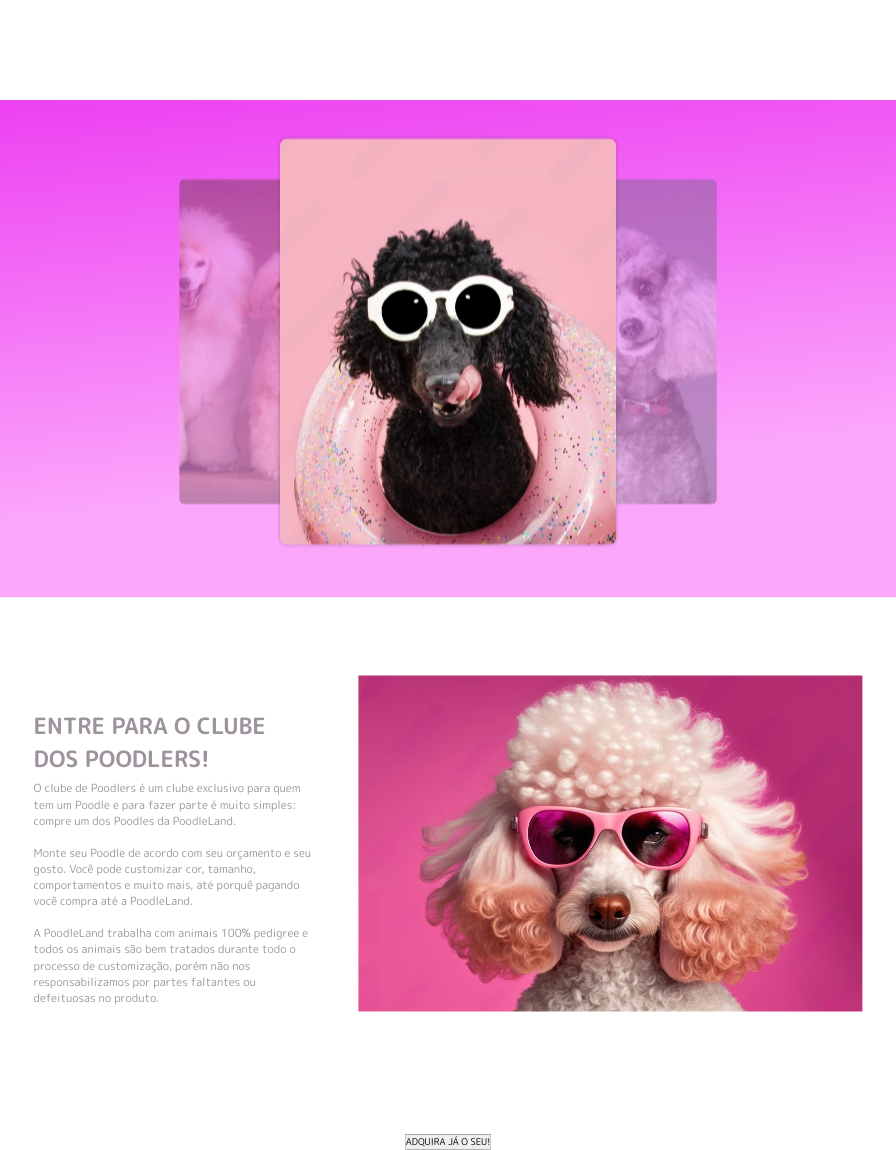
Repository: vinibalt/PoodleLand
Page: poddlelandia.html
An editor plug-in stored every save of this project. The page is shown before and after the next save, followed by the edit.
The browser window is 1280 px wide. The pictures show the part of the page from y = 770 to 2690 px (the page is 2413 px tall before and 2690 px after), at 70% of full size.

Above is the page before, as saved 2023-05-12 22:15:11.

After the next save:
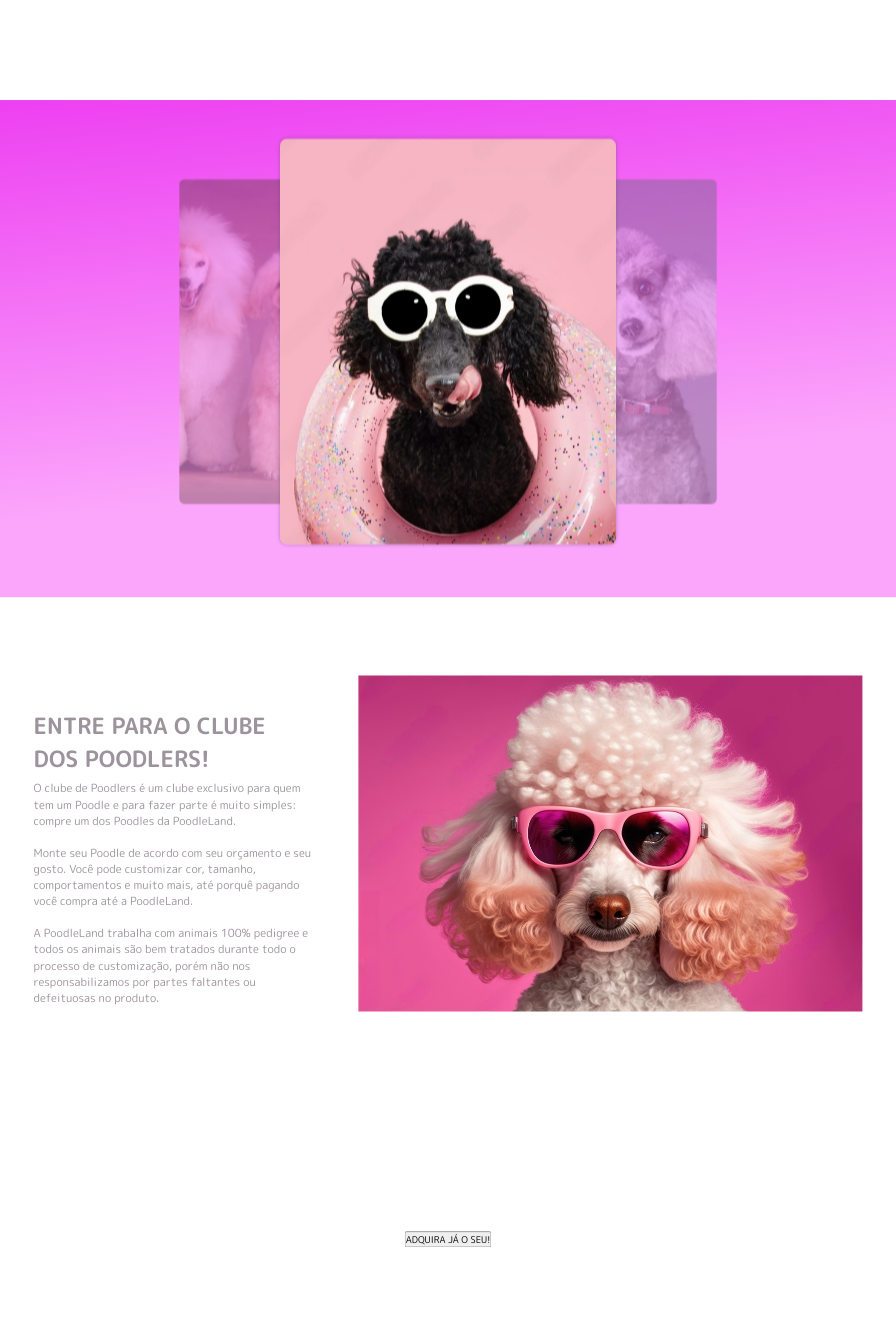
Saved 20 s later.
--- a/assets/css/styles.css
+++ b/assets/css/styles.css
@@ -86,7 +86,7 @@ body {
 }
 
 .catch {
-  height: ;
+  height: 300px;
   display: flex;
   align-items: center;
   justify-content: center
